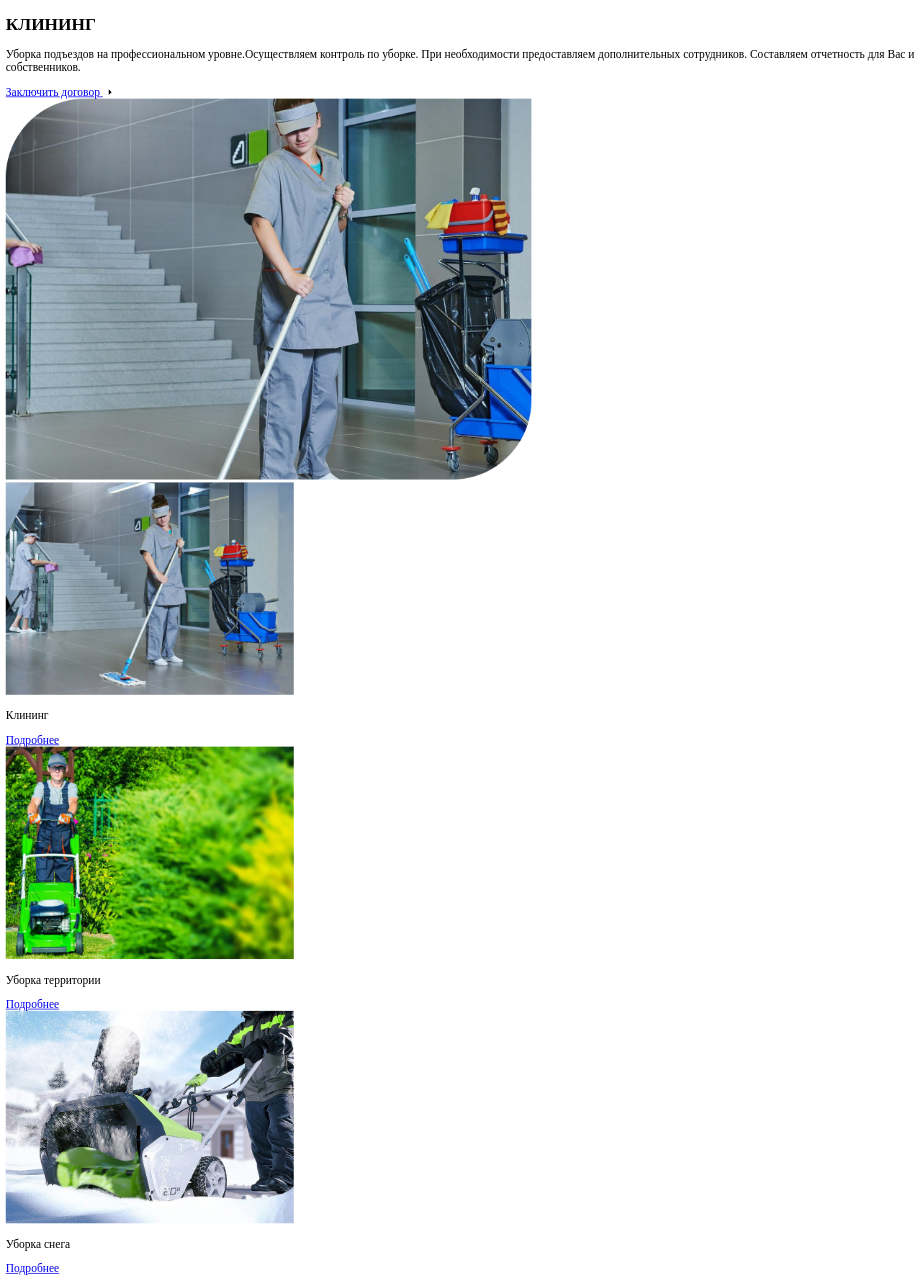
Repository: Azimich/Cleaning_
Page: src/pages/Cleaning/banner/banner.html
These files come from the project's save history. The page is drawn as it stood at one moment and after a run of saves; the edit follows.
The browser window is 1280 px wide. The pictures show the whole page, at 72% of full size.

Above is the page before, as saved 2022-10-19 18:44:00.

After the next 2 saves:
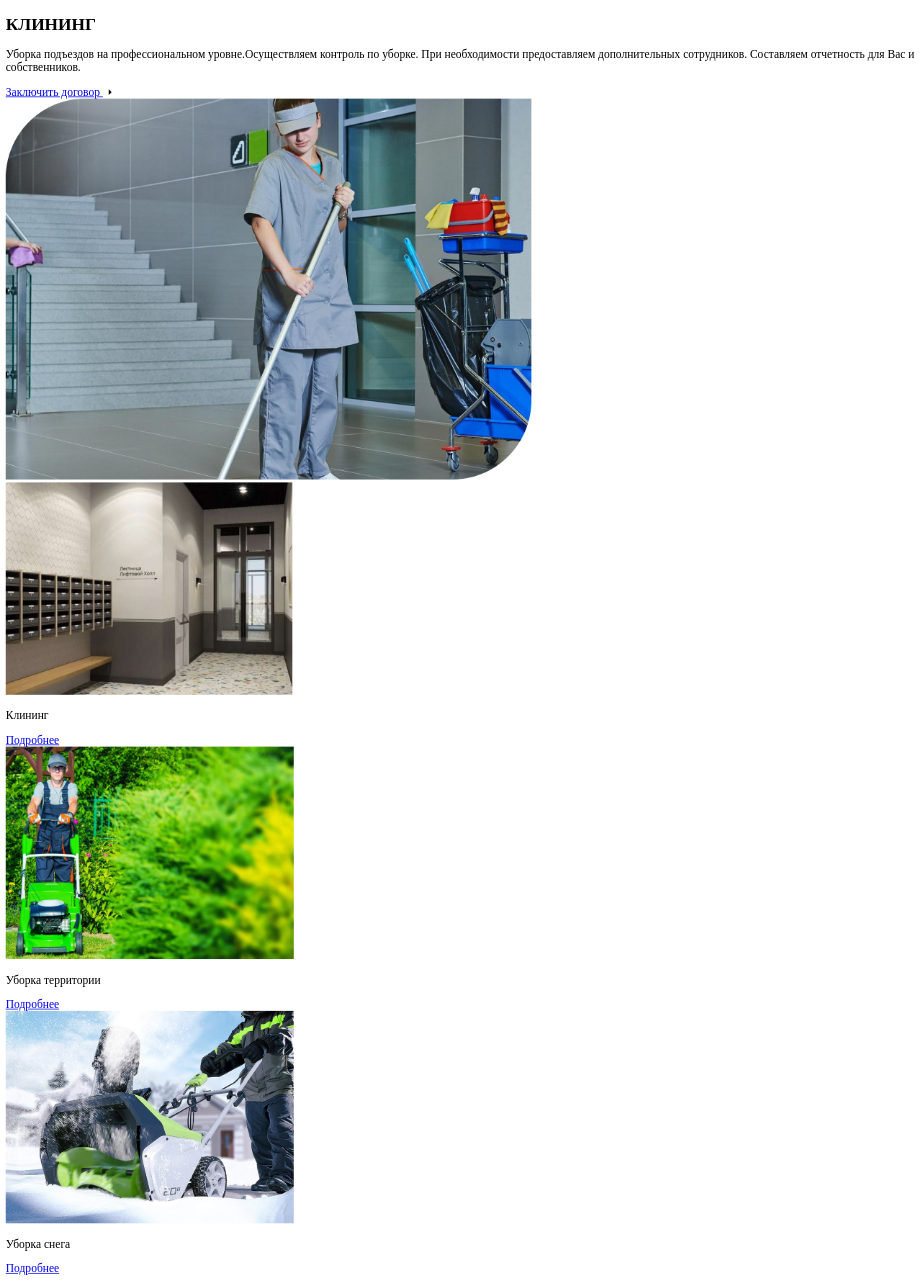
The 2 saves are shown as one change because they came seconds apart.
The last was saved 43 s later.
--- a/src/pages/Cleaning/banner/banner.html
+++ b/src/pages/Cleaning/banner/banner.html
@@ -23,7 +23,7 @@
       <div class="banner__cleaning__services__items">
         <div class="banner__cleaning__services__item">
           <div class="banner__cleaning__services__item-images">
-            <img src="../assets/images/cleaning.jpg" alt="cleaning">
+            <img src="../assets/images/cleaning-1.jpg" alt="cleaning">
           </div>
           <div class="banner__cleaning__services__item-info">
             <p class="h3">Клининг</p>
